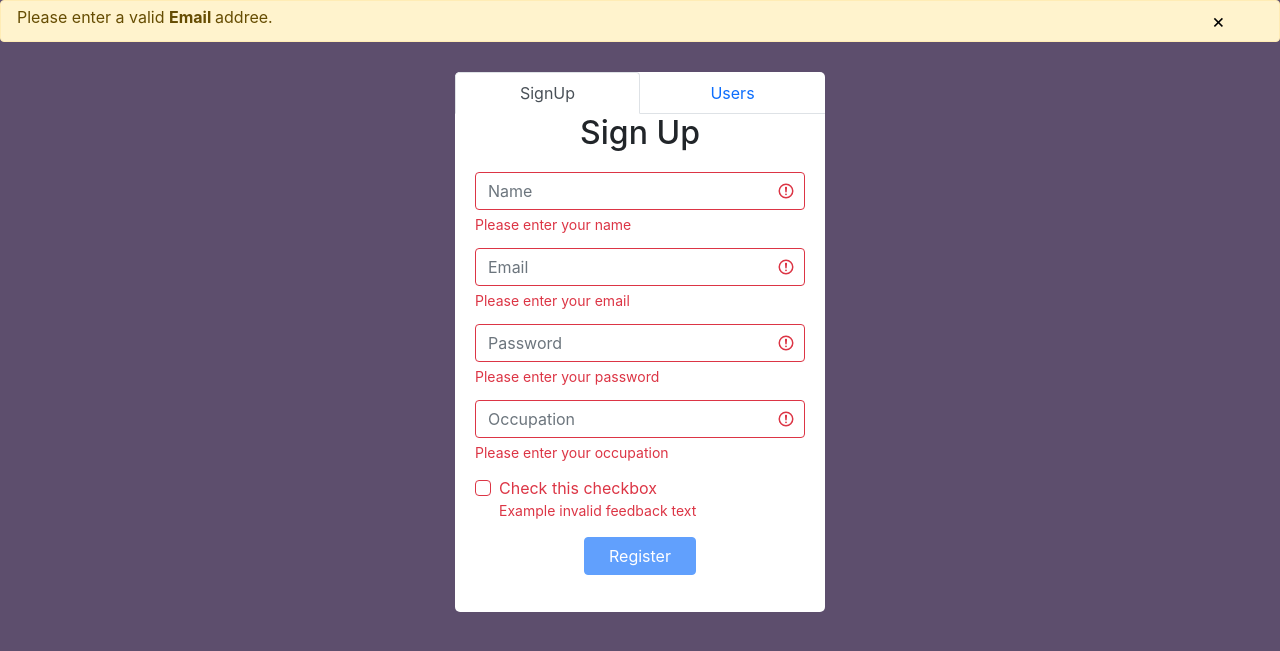
Repository: asadalibest1/SignUp-from
Page: /
The author's editor kept a copy of each file at every save. The page is drawn from the files as they stood at one save, then again after the next save.
The browser window is 1280 px wide. The pictures show the whole page.
The project was rebuilt for these pictures with package versions that can differ from the ones it lists, and the page was loaded fresh each time.

Above is the page before, as saved 2021-02-09 16:50:39.

After the next save:
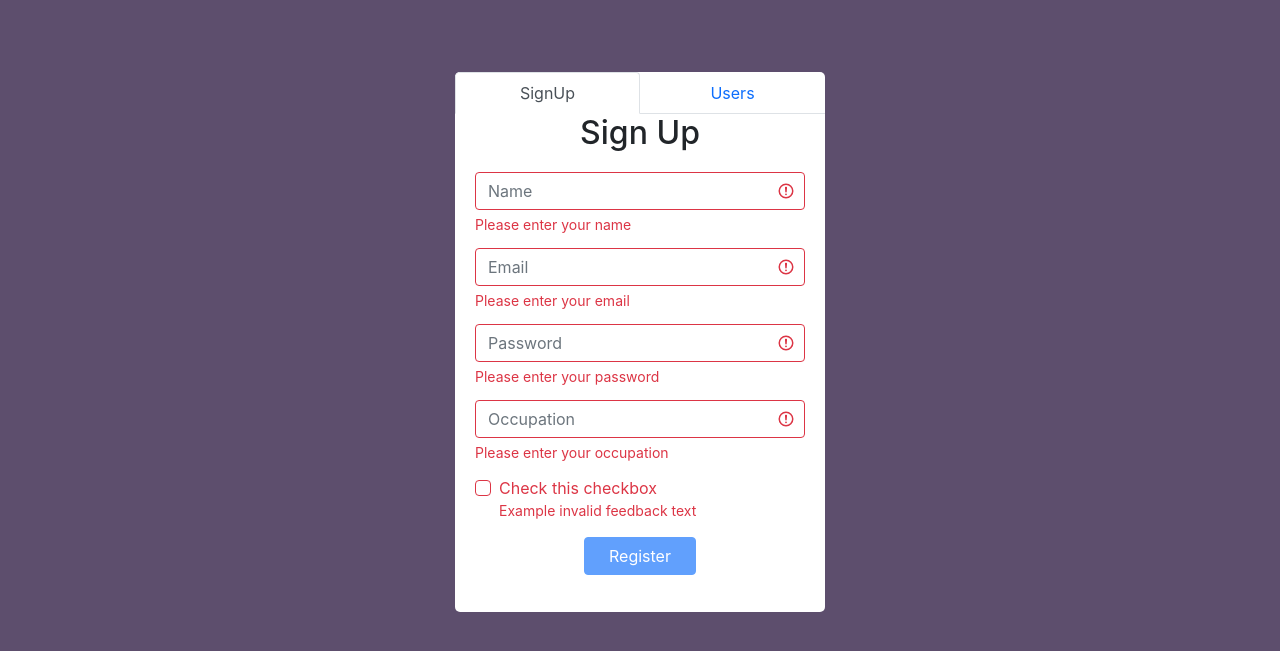
Saved 17 s later.
--- a/src/components/SignUp/SignUp.css
+++ b/src/components/SignUp/SignUp.css
@@ -17,7 +17,7 @@
 
 .SignUp .alertea {
     position: absolute;
-    top: 0px;
+    top: -70px;
     left: 0;
     width: 100%;
     transition: top .3s;
